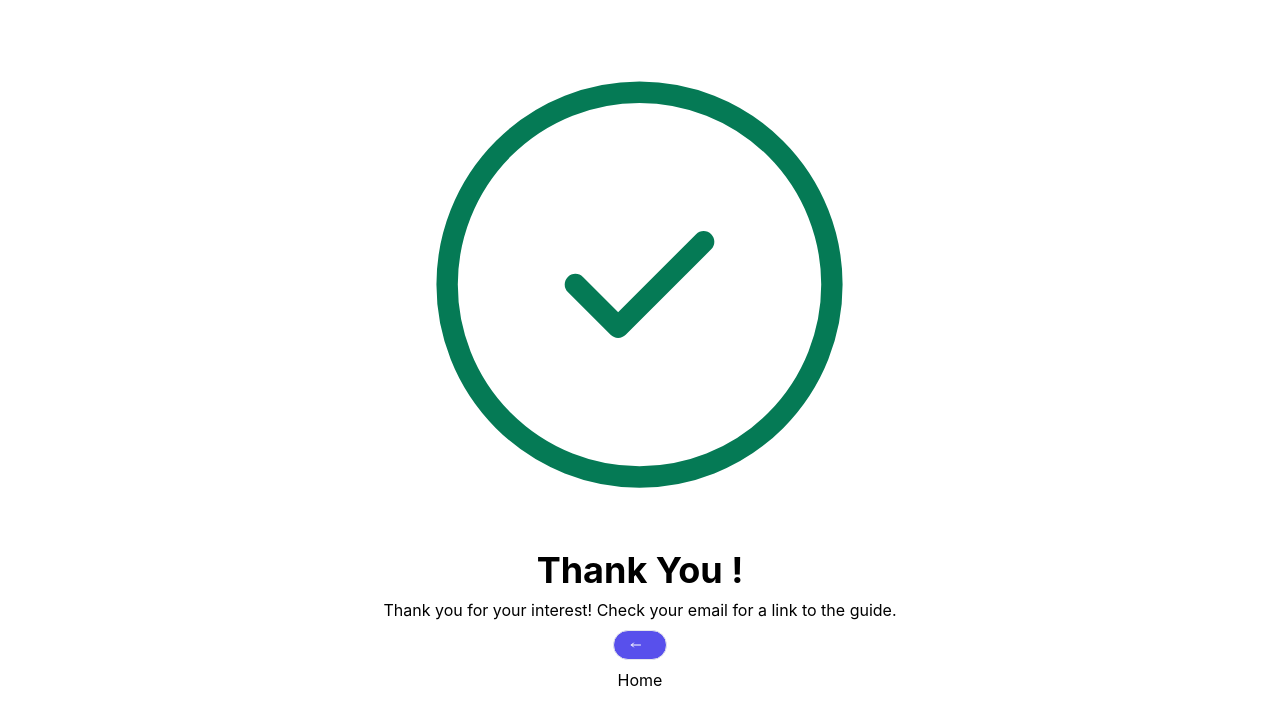
Repository: sodmaq/portfolio
Page: dist/success.html
These files come from the project's save history. The page is drawn as it stood at one moment and after the next save; the edit follows.
The browser window is 1280 px wide. The pictures show the whole page.
Some web libraries are served in a nearby version.

Above is the page before, as saved 2024-02-25 13:30:42.

After the next save:
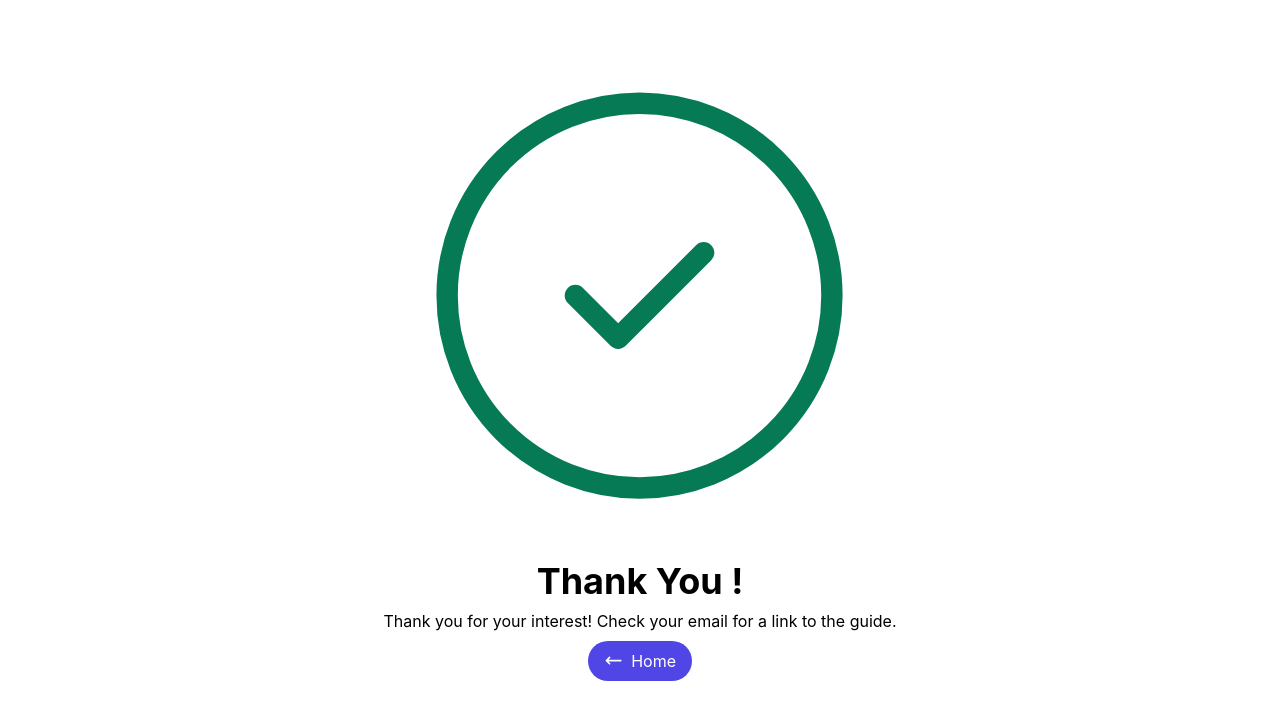
Saved 117 s later.
--- a/dist/success.html
+++ b/dist/success.html
@@ -1,61 +1,80 @@
 <!DOCTYPE html>
 <html lang="en">
-  <head>
-    <meta charset="UTF-8" />
-    <meta name="viewport" content="width=device-width, initial-scale=1.0" />
-    <link
-      href="https://cdnjs.cloudflare.com/ajax/libs/flowbite/1.8.1/flowbite.min.css"
-      rel="stylesheet"
-    />
-    <title>Document</title>
-  </head>
-  <body>
-    <div class="flex items-center justify-center h-screen">
-      <div>
-        <div class="flex flex-col items-center space-y-2">
+<head>
+  <meta charset="UTF-8" />
+  <meta name="viewport" content="width=device-width, initial-scale=1.0" />
+  <link href="https://cdnjs.cloudflare.com/ajax/libs/flowbite/1.8.1/flowbite.min.css" rel="stylesheet" />
+  <title>Document</title>
+  <style>
+    /* Custom button styles */
+    .btn {
+      display: inline-flex;
+      align-items: center;
+      justify-content: center;
+      padding: 0.5rem 1rem;
+      background-color: #4f46e5;
+      color: white;
+      border-radius: 9999px;
+      text-decoration: none;
+      transition: background-color 0.3s ease;
+    }
+
+    .btn:hover {
+      background-color: #4338ca;
+    }
+
+    /* Optional: Styles for the icon inside the button */
+    .btn svg {
+      fill: white;
+      width: 1.2rem;
+      height: 1.2rem;
+      margin-right: 0.5rem;
+    }
+  </style>
+</head>
+<body>
+  <div class="flex items-center justify-center h-screen">
+    <div>
+      <div class="flex flex-col items-center space-y-2">
+        <svg
+          xmlns="http://www.w3.org/2000/svg"
+          class="text-green-600 w-28 h-28"
+          fill="none"
+          viewBox="0 0 24 24"
+          stroke="currentColor"
+          stroke-width="1"
+        >
+          <path
+            stroke-linecap="round"
+            stroke-linejoin="round"
+            d="M9 12l2 2 4-4m6 2a9 9 0 11-18 0 9 9 0 0118 0z"
+          />
+        </svg>
+        <h1 class="text-4xl font-bold">Thank You !</h1>
+        <p>
+          Thank you for your interest! Check your email for a link to the
+          guide.
+        </p>
+        <!-- Button styled like a link -->
+        <a href="https://www.yourwebsite.com" class="btn">
           <svg
             xmlns="http://www.w3.org/2000/svg"
-            class="text-green-600 w-28 h-28"
+            class="w-3 h-3 mr-2"
             fill="none"
             viewBox="0 0 24 24"
             stroke="currentColor"
-            stroke-width="1"
+            stroke-width="2"
           >
             <path
               stroke-linecap="round"
               stroke-linejoin="round"
-              d="M9 12l2 2 4-4m6 2a9 9 0 11-18 0 9 9 0 0118 0z"
+              d="M7 16l-4-4m0 0l4-4m-4 4h18"
             />
           </svg>
-          <h1 class="text-4xl font-bold">Thank You !</h1>
-          <p>
-            Thank you for your interest! Check your email for a link to the
-            guide.
-          </p>
-          <a
-            class="inline-flex items-center px-4 py-2 text-white bg-indigo-600 border border-indigo-600 rounded-full hover:bg-indigo-700 focus:outline-none focus:ring"
-          >
-            <svg
-              xmlns="http://www.w3.org/2000/svg"
-              class="w-3 h-3 mr-2"
-              fill="none"
-              viewBox="0 0 24 24"
-              stroke="currentColor"
-              stroke-width="2"
-            >
-              <path
-                stroke-linecap="round"
-                stroke-linejoin="round"
-                d="M7 16l-4-4m0 0l4-4m-4 4h18"
-              />
-            </svg>
-            <span class="text-sm font-medium">
-                <a href="https://www.yourwebsite.com">Home</a>
-            </span>
-
-          </a>
-        </div>
+          Home
+        </a>
       </div>
     </div>
-  </body>
+  </div>
+</body>
 </html>
